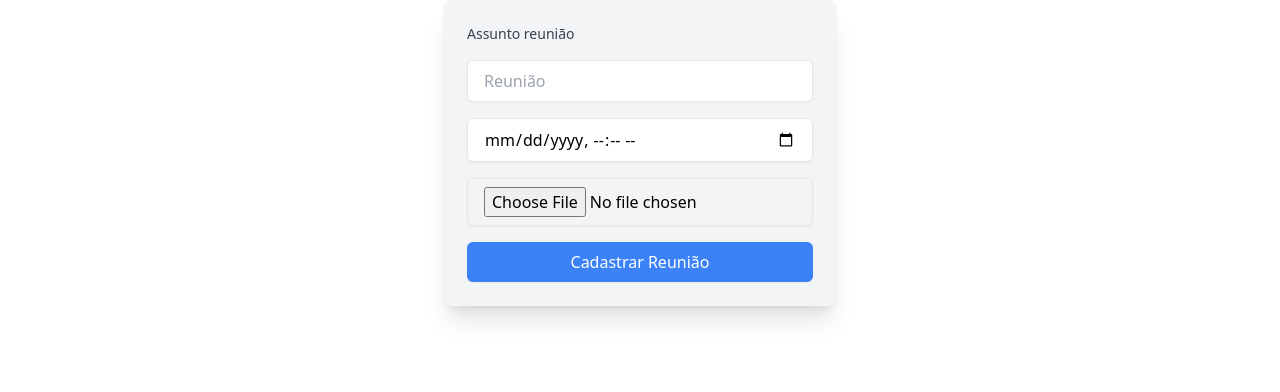
Repository: TamiBeira/meeting
Page: /
An editor plug-in stored every save of this project. The page is shown before and after the next save, followed by the edit.
The browser window is 1280 px wide. The pictures show the whole page.
The project was rebuilt for these pictures with package versions that can differ from the ones it lists, and the page was loaded fresh each time. Also part of the build but not shown: vite.config.ts.

Above is the page before, as saved 2024-02-26 10:52:50.

### index.html
<!doctype html>
<html lang="pt">
  <head>
    <meta charset="UTF-8" />
    <meta name="viewport" content="width=device-width, initial-scale=1.0" />
    <title>Meeting</title>
  </head>
  <body>
    <div id="root"></div>
    <script type="module" src="/src/main.tsx"></script>
  </body>
</html>

### src/app.tsx
import { Form } from "./components/Form"

export function App() {
  return(
    <main>
      <Form />
    </main>
  )
}

### src/components/Form.tsx
import { useState } from "react";

export const Form = () => {
    const [data, setData] = useState();
    const [hora, setHora] = useState();
    const [imagem, setImagem] = useState();
    const [title, setTitle] = useState();

    return (
        <main className="flex justify-center">
            <div className="mx-auto max-w-md p-6 bg-gray-100 rounded-lg shadow-xl">
                <div className="space-y-4">
                    <label htmlFor="reuniao" className="block text-sm font-medium text-gray-700">Assunto reunião</label>
                    <input type="text" placeholder="Reunião" id="reuniao" className="block w-full px-4 py-2 border rounded-md shadow-sm focus:outline-none focus:ring-blue-500 focus:border-blue-500" />
                    <input type="datetime-local" name="" id="" className="block w-full px-4 py-2 border rounded-md shadow-sm focus:outline-none focus:ring-blue-500 focus:border-blue-500" />
                    <input type="file" name="" id="" className="block w-full px-4 py-2 border rounded-md shadow-sm focus:outline-none focus:ring-blue-500 focus:border-blue-500" />
                    <button className="block w-full px-4 py-2 bg-blue-500 text-white rounded-md shadow-sm hover:bg-blue-600 focus:outline-none focus:ring-blue-500 focus:border-blue-500">Cadastrar Reunião</button>
                </div>
            </div>
        </main>
    )
}

### tailwind.config.js
/** @type {import('tailwindcss').Config} */
export default {
  content: [
    "./index.html",
    "./src/**/*.tsx",
  ],
  theme: {
    extend: {},
  },
  plugins: [],
}

Loaded but not shown: src/main.tsx (common file); src/index.css (common file)

After the next save:
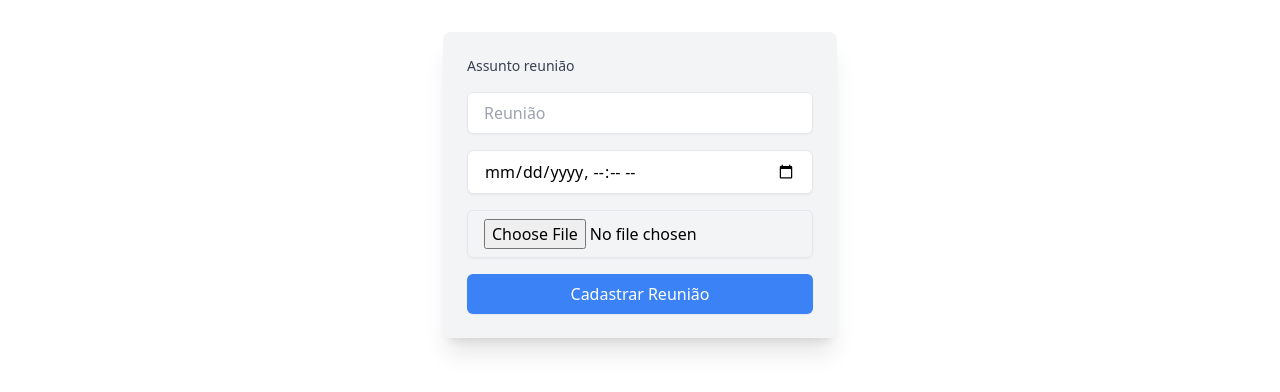
Saved 77 s later.
--- a/src/components/Form.tsx
+++ b/src/components/Form.tsx
@@ -7,7 +7,7 @@ export const Form = () => {
     const [title, setTitle] = useState();
 
     return (
-        <main className="flex justify-center">
+        <main className="flex justify-center mt-8">
             <div className="mx-auto max-w-md p-6 bg-gray-100 rounded-lg shadow-xl">
                 <div className="space-y-4">
                     <label htmlFor="reuniao" className="block text-sm font-medium text-gray-700">Assunto reunião</label>
